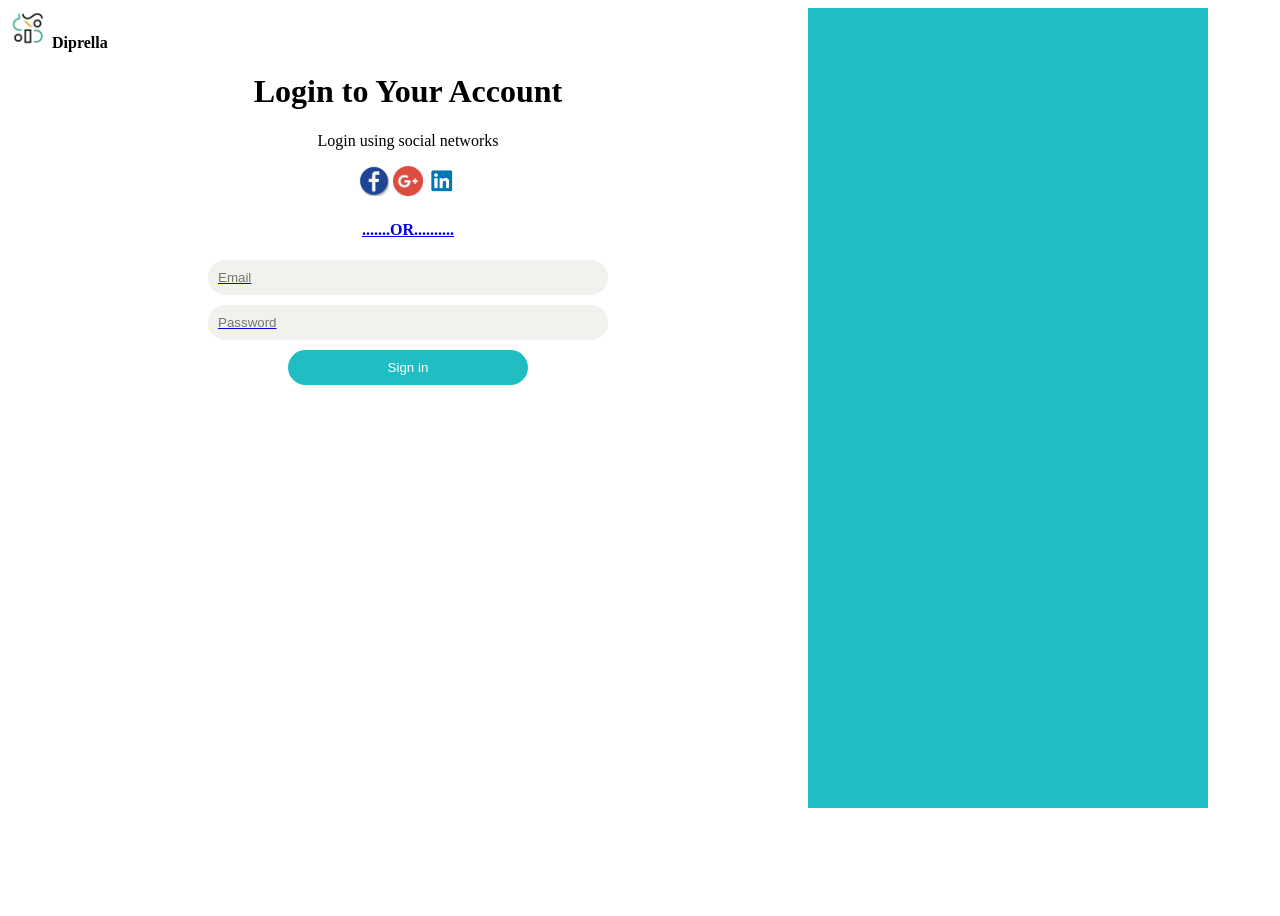
Repository: Tobby004/bdc-assignment-3
Page: task.html
These files come from the project's save history. The page is drawn as it stood at one moment and after the next save; the edit follows.
The browser window is 1280 px wide. The pictures show the whole page.

Above is the page before, as saved 2023-02-22 01:13:38.

After the next save:
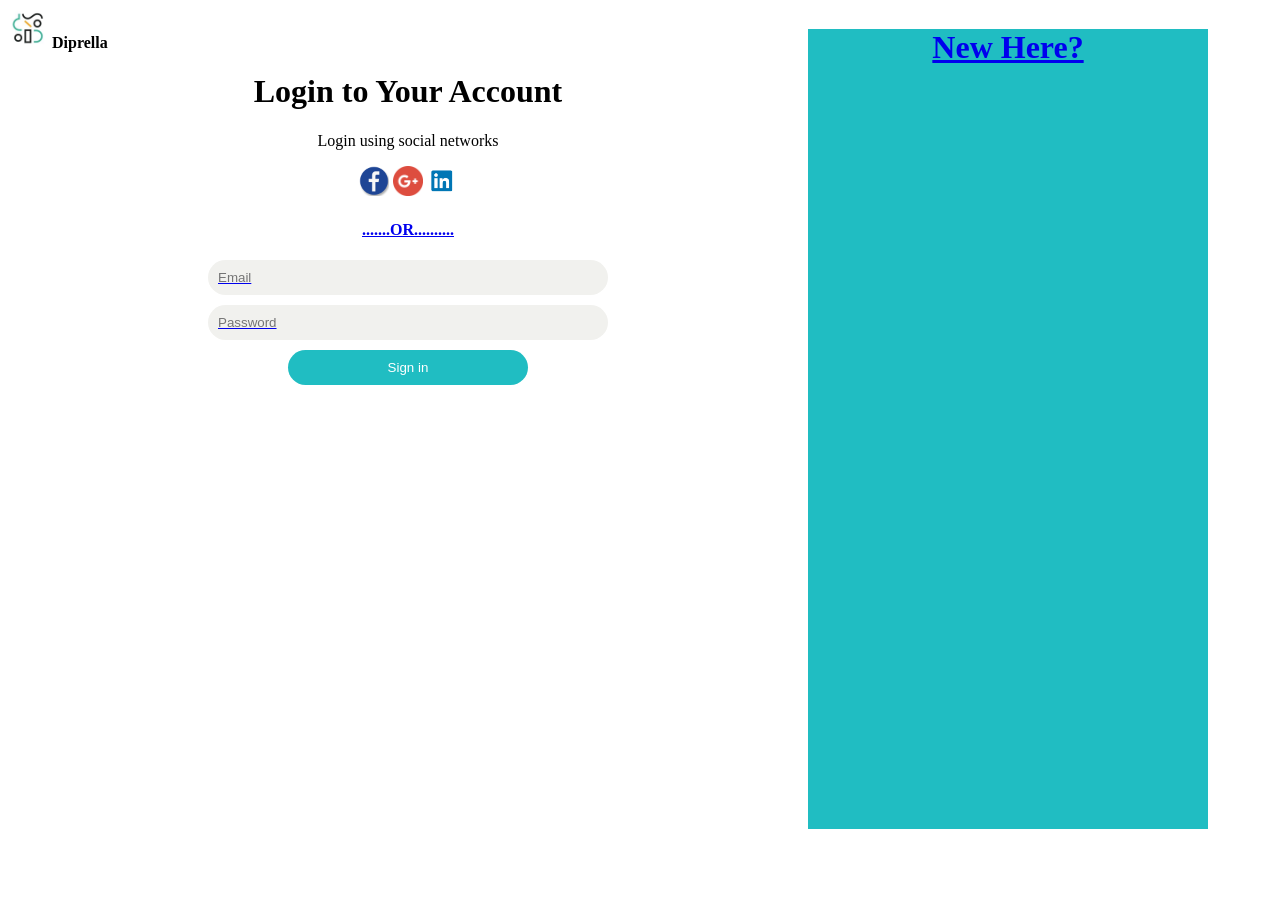
Saved 8 min 54 s later.
--- a/task.html
+++ b/task.html
@@ -27,7 +27,7 @@
         </div>
         </div>
         <div class="box2">
-
+        <h1>New Here?</h1>
         </div>
     </div>
 </body>
